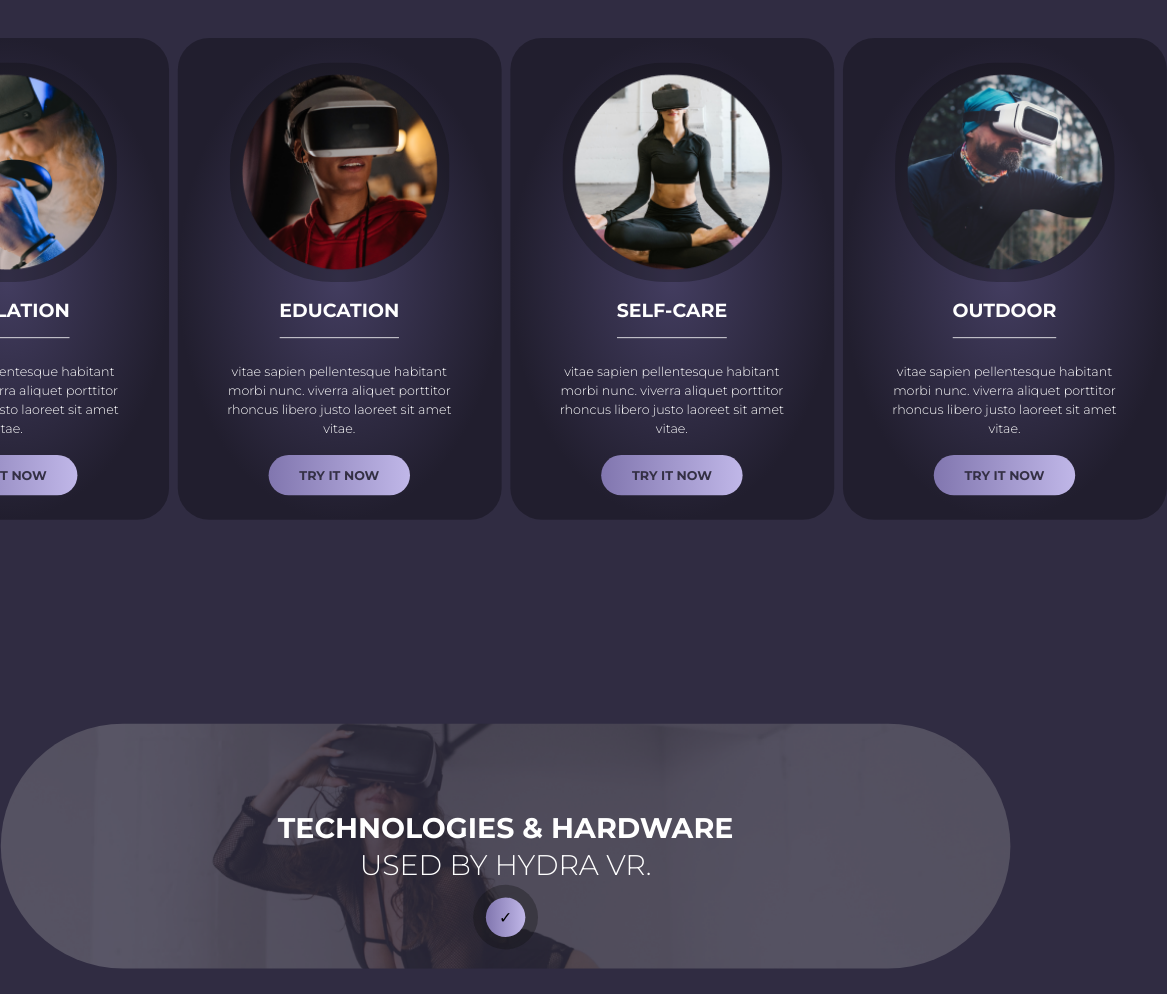
Repository: xMargi/Hydra-LandingPage
Page: index.html
The author's editor kept a copy of each file at every save. The page is drawn from the files as they stood at one save, then again after a run of saves.
The browser window is 1280 px wide. The page is 1477 px wide, so the pictures cover 1477 px, including what lies to the right of the window. The pictures show the whole page, at 79% of full size.

Above is the page before, as saved 2023-06-07 21:17:58.

### index.html
    <!DOCTYPE html>
    <html lang="pt-br">
    <head>
        <meta charset="UTF-8">
        <meta http-equiv="X-UA-Compatible" content="IE=edge">
        <meta name="viewport" content="width=device-width, initial-scale=1.0">
        <title>Hydra - Landing Page</title>
        <link rel="stylesheet" href="./reset.css">
        <link rel="stylesheet" href="./style.css">
    </head>
    <body>
        <div class="cartoes">
            <div class="cartao">
                <img src="./assets/1.png" alt="Mulher jogando em realidade virtual" class="cartao__img">
                <h1 class="cartao__titulo">Simulation</h1>
                <p class="cartao__paragrafo">Vitae sapien pellentesque habitant morbi
                nunc. Viverra aliquet porttitor rhoncus
                libero justo laoreet sit amet vitae.</p>
                <button class="cartao__button">Try it now</button>
            </div>
            <div class="cartao">
                <img src="./assets/2.png" alt="Homem usando um óculos de realidade virtual" class="cartao__img">
                <h1 class="cartao__titulo">Education</h1>
                <p class="cartao__paragrafo">Vitae sapien pellentesque habitant morbi
                nunc. Viverra aliquet porttitor rhoncus
                libero justo laoreet sit amet vitae.</p>
                <button class="cartao__button">Try it now</button>
            </div>
            <div class="cartao">
                <img src="./assets/3.png" alt="Mulher meditando com óculos de realidade virtual" class="cartao__img">
                <h1 class="cartao__titulo">Self-Care</h1>
                <p class="cartao__paragrafo">Vitae sapien pellentesque habitant morbi
                nunc. Viverra aliquet porttitor rhoncus
                libero justo laoreet sit amet vitae.</p>
                <button class="cartao__button">Try it now</button>
            </div>
            <div class="cartao">
                <img src="./assets/4.png" alt="Homem fazendo exercicíos utilizando um óculos de realidade virtual" class="cartao__img">
                <h1 class="cartao__titulo">Outdoor</h1>
                <p class="cartao__paragrafo">Vitae sapien pellentesque habitant morbi
                nunc. Viverra aliquet porttitor rhoncus
                libero justo laoreet sit amet vitae.</p>
                <button class="cartao__button">Try it now</button>
            </div>
        </div>
        <div class="container__imagem">
            <h1 class="imagem__titulo">Technologies & Hardware</h1>
            <p class="imagem__paragrafo">Used by hydra vr.</p>
        </div>
        <div class="container__button">
            <button class="botao__baixo">&#10003</button>
        </div>
        <script src="./script.js"></script>
    </body>
    </html>

### style.css
@import url('https://fonts.googleapis.com/css2?family=Montserrat:wght@300;400;700&display=swap');

:root{

    --fonte: 'Montserrat', sans-serif;
    --cor-fundo: #302C42;
    --cor-cartao: radial-gradient(50% 50% at 50% 50%, #433D60 0%, #211E2E 100%);
    --cor-button: linear-gradient(90deg, #8176AF 0%, #C0B7E8 100%);
    --cor-hover: linear-gradient(90deg, #5843ad 0%, #5e41e0 100%);
    --cor-branca: #FFFFFF;
    --cor-texto: #343045;
    --cor-sombra: rgba(14, 14, 14, 0.32);
    --weight: 400;

}

body{
    box-sizing: border-box;
    background: var(--cor-fundo);
    display: flex;
    align-items: center;
    flex-direction: column;
    font-family: var(--fonte);
    font-weight: var(--weight);
    text-transform: uppercase;

}

.cartoes{
    margin:3rem 5.4375rem;
    display: flex;
    gap: 0.6875rem;

}

.cartao{
    background: var(--cor-cartao);
    display: flex;
    flex-direction: column;
    gap: 1.3125rem;
    align-items: center;
    justify-content: center;
    text-align: center;
    padding: 3.125rem;
    border-radius: 2.5rem;
    height: 31.875rem;
    width: 19.375rem;
}

.cartao__img{
    background: var(--cor-sombra);
    border-radius: 8.125rem;
    padding: 0.9375rem;
    width: 80%;
}

.cartao__titulo{

    color: var(--cor-branca);
    font-weight: 700;
    font-size: 1.5rem;
    line-height: 1.875rem;
    padding-bottom: 1.2188rem;
    border-bottom: 0.0313rem solid var(--cor-branca);
}

.cartao__paragrafo{
    padding-top: 0.625rem;
    text-transform: lowercase;
    line-height: 1.5rem;
    color: var(--cor-branca);
    font-weight: 300;

}

.cartao__button{

    background: var(--cor-button);
    padding: 1rem 2.4375rem;
    border-radius: 40px;
    font-weight: 700;
    text-transform: uppercase;
    color: var(--cor-texto);
}

.cartao__button:hover{

    background: var(--cor-fundo);
    border: 1px solid #fefefe;
    transition: all 680ms;
    color: #fefefe;

}



.container__imagem{
    width: 79.875rem;
    height: 19.375rem;
    border-radius: 10rem;
    background-image: url(./assets/pexels.png);
    background-repeat: repeat;
    margin: 13.125rem 0 2rem;
    display: flex;
    align-items: center;
    justify-content: center;
    flex-direction: column;
}

.imagem__titulo{

    font-weight: 700;
    font-size: 2.25rem;
    color: var(--cor-branca);

}

.imagem__paragrafo{

    font-weight: 300;
    font-size: 36px;
    color: var(--cor-branca);
    padding-top: 0.6875rem;

}

.container__button{
    background: var(--cor-sombra);
    padding: 1rem;
    border-radius:3.75rem;
    position: absolute;
    top: 70rem;
}

.botao__baixo{

    background: var(--cor-button);
    padding: 1.5625rem;
    border-radius: 3.75rem;
    font-size: 1.25rem;
    width: 3rem;
    height: 3rem;
    text-align: center;
    display: flex;
    justify-content: center;
    text-align: center;
    align-items: center;


}

Loaded but not shown: main/reset.css (common file); script.js (no copy from this time; the picture is the same without it)

After the next 6 saves:
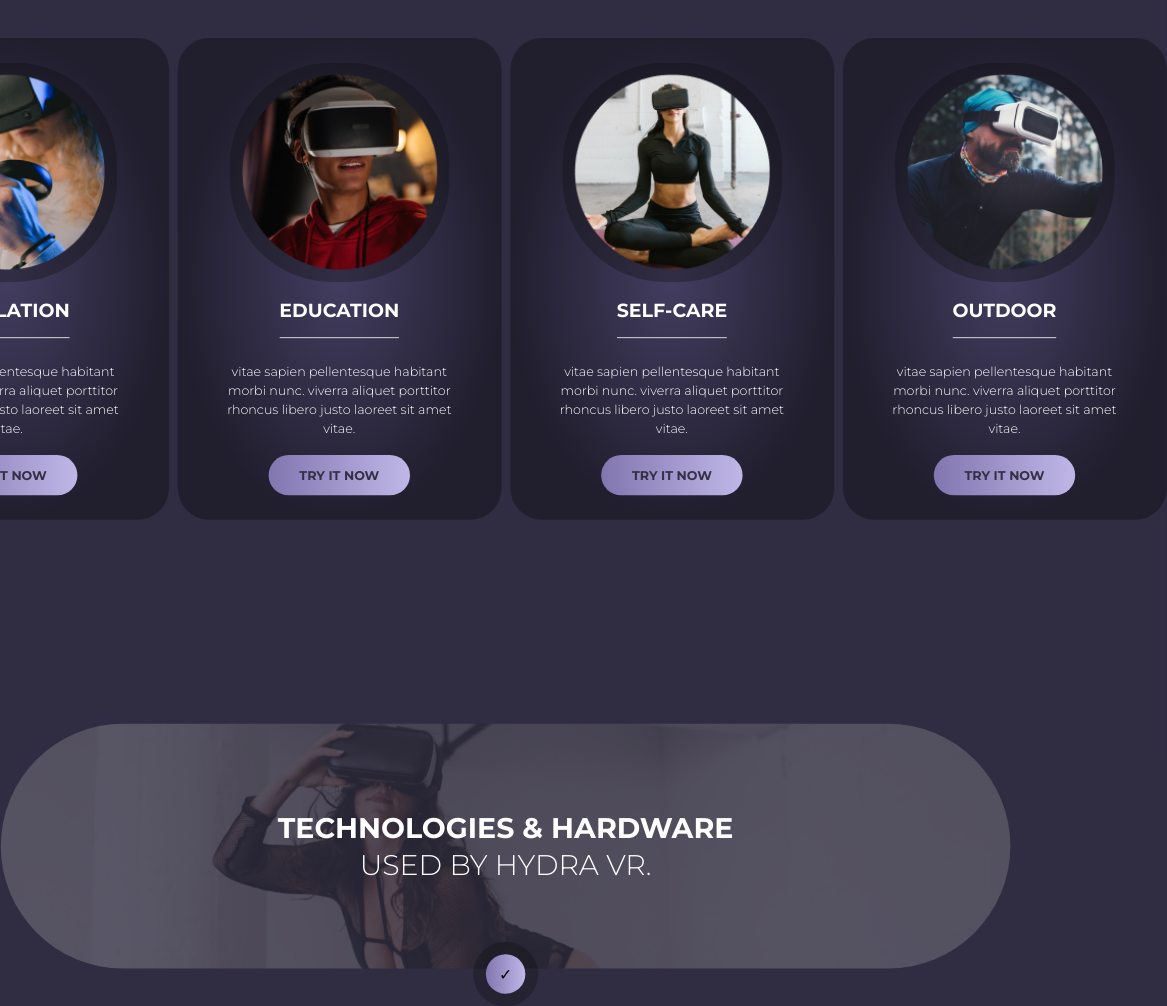
The 6 saves are shown as one change because they came seconds apart.
The last was saved 18 s later.
--- a/style.css
+++ b/style.css
@@ -129,7 +129,7 @@ body{
     padding: 1rem;
     border-radius:3.75rem;
     position: absolute;
-    top: 70rem;
+    top: 74.5rem;
 }
 
 .botao__baixo{
